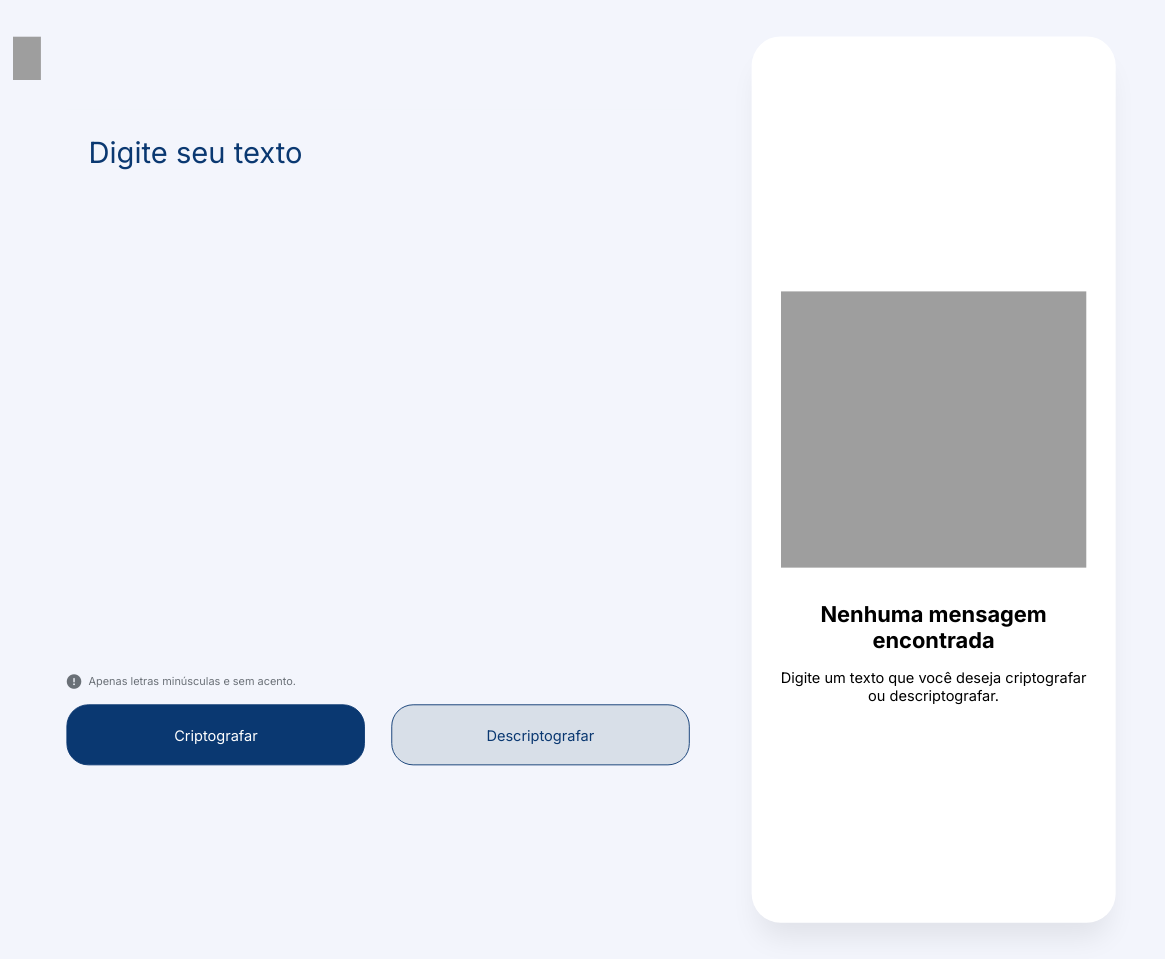
Repository: CarlosEduardoVdeOliveira/descodificador-de-texto
Page: index.html
The author's editor kept a copy of each file at every save. The page is drawn from the files as they stood at one save, then again after the next save.
The browser window is 1280 px wide. The pictures show the whole page, at 91% of full size.
Pictures or frames that could not be fetched are drawn as grey boxes.

Above is the page before, as saved 2023-04-13 14:12:26.

After the next save:
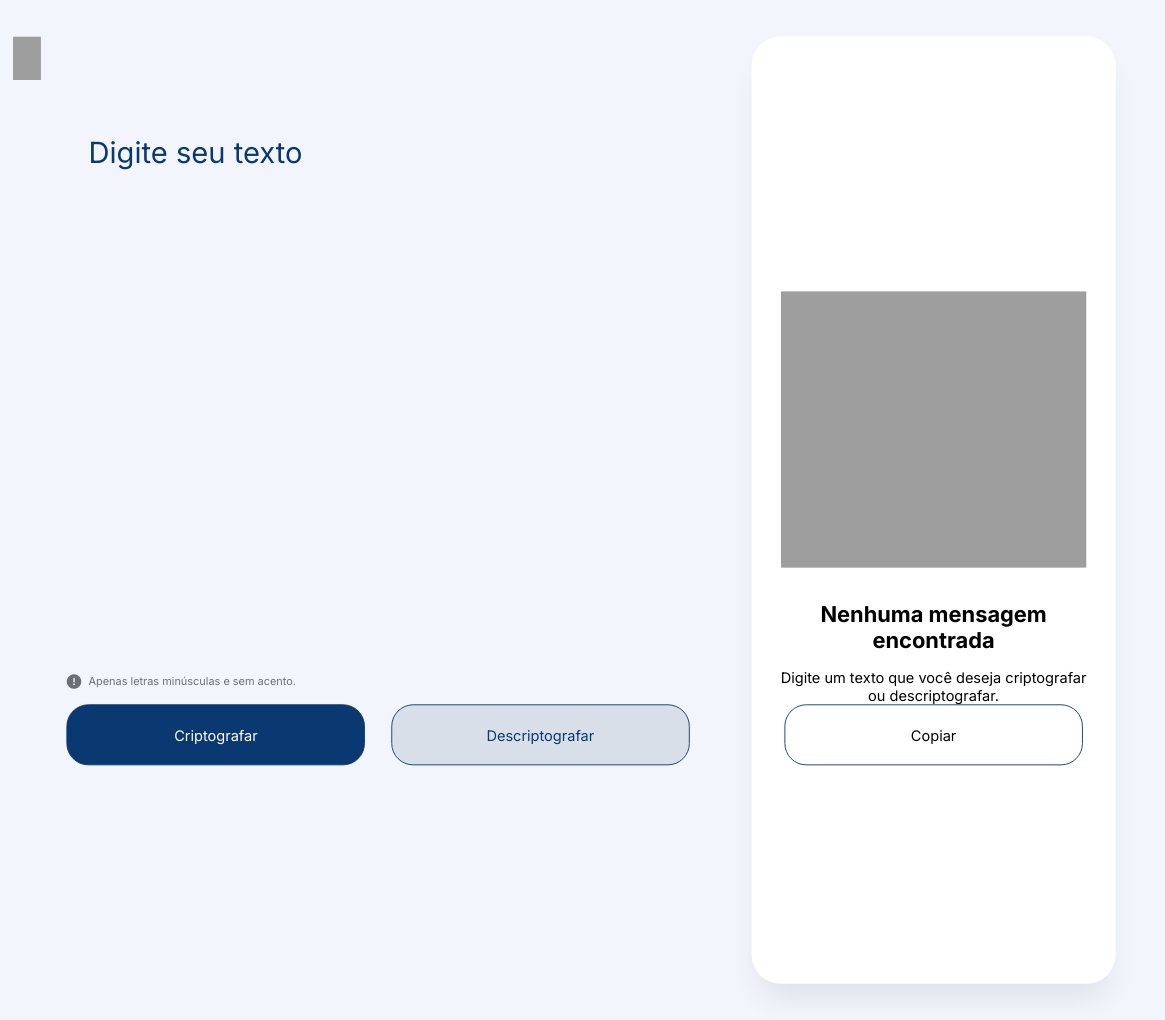
Saved 21 s later.
--- a/index.html
+++ b/index.html
@@ -39,7 +39,7 @@
                Digite um texto que você deseja criptografar ou descriptografar.
             </p>
          </div>
-         <button class="button-copy-cryption btn-display-none" >Copiar</button>
+         <button class="button-copy-cryption" >Copiar</button>
       </div>
    </main>
    <script src="/public/scripts/index.js"></script>

After the save that followed:
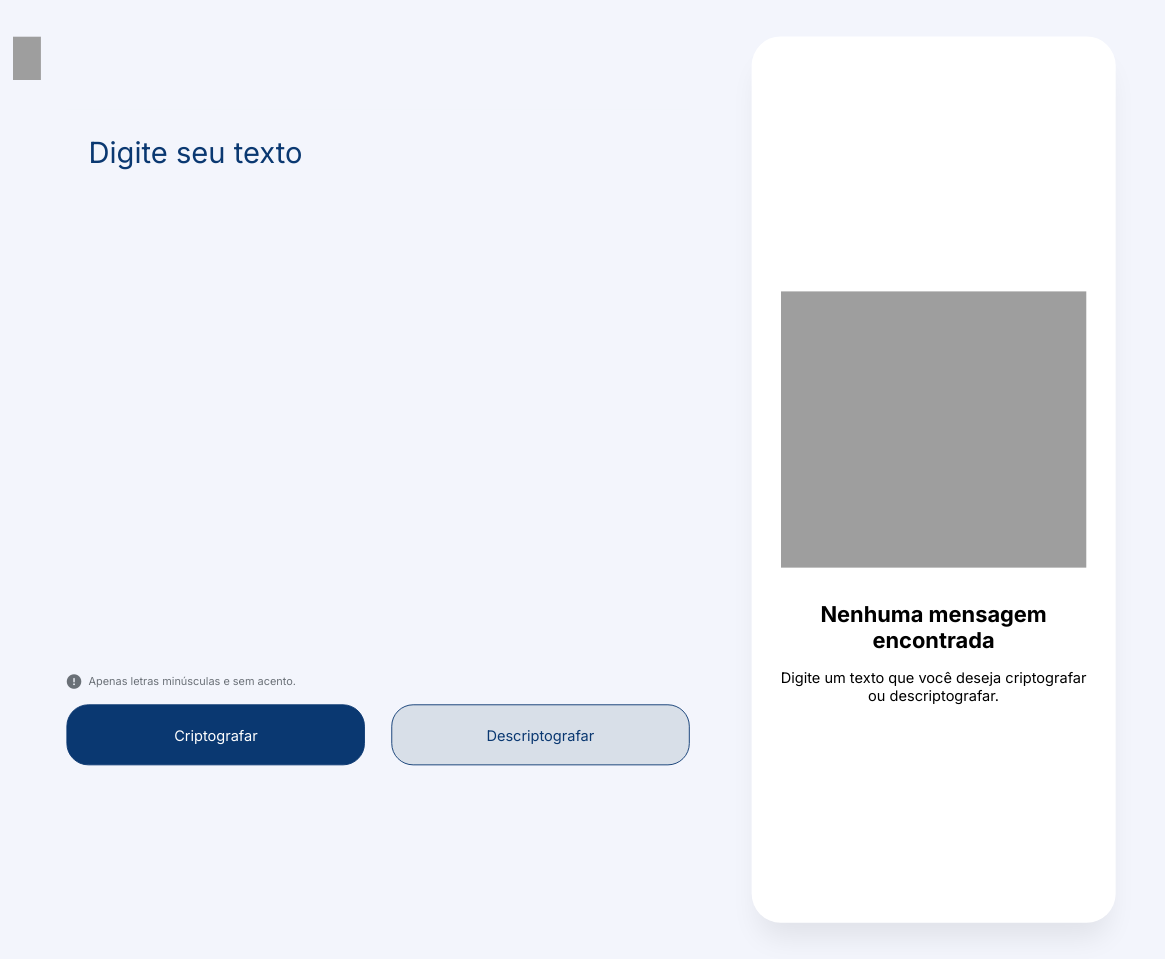
Saved 25 s later.
--- a/public/scripts/index.js
+++ b/public/scripts/index.js
@@ -3,7 +3,7 @@ const areaCryption = document.querySelector(".text-cryption");
 const buttonCryptography = document.querySelector(".button-cryptography");
 const buttonDecryption = document.querySelector(".button-decryption");
 const buttonCopy = document.querySelector(".button-copy-cryption");
-
+buttonCopy.classList.add('btn-display-none')
 function alterTextCryptionArea(){
    const textareaValue = elementTextarea.value;
 
